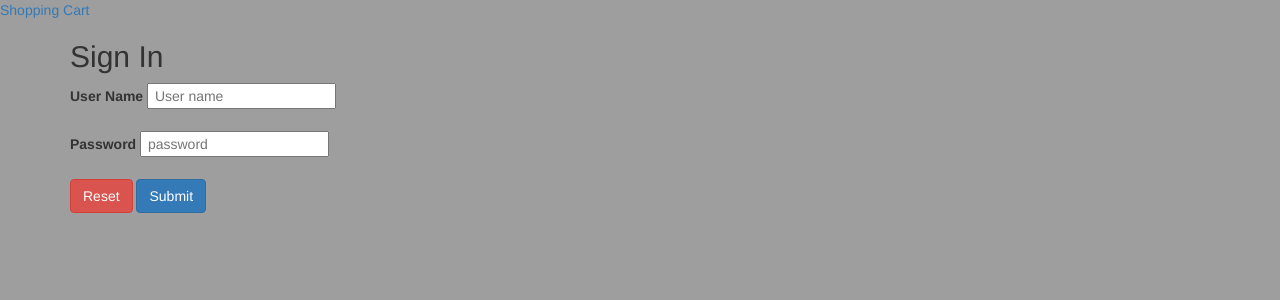
Repository: AravindMarshall/ShoppingCart
Page: http://localhost/Phineas/Login.jsp
An editor plug-in stored every save of this project. The page is shown before and after the next save, followed by the edit.
The browser window is 1280 px wide. The pictures show the whole page.
The page is served by Tomcat 9. Other server files are loaded and not shown.

Above is the page before, as saved 2016-06-10 09:10:08.

### NIIT Shopping Cart/Phineas/WebContent/Login.jsp
<%@ page language="java" contentType="text/html; charset=ISO-8859-1"
    pageEncoding="ISO-8859-1"%>
<html>
<head>
<meta http-equiv="Content-Type" content="text/html; charset=ISO-8859-1">
<meta name="viewport" content="width=device-width, initial-scale=1">
  <link rel="stylesheet" href="http://maxcdn.bootstrapcdn.com/bootstrap/3.3.6/css/bootstrap.min.css">
  <script src="https://ajax.googleapis.com/ajax/libs/jquery/1.12.2/jquery.min.js"></script>
  <script src="http://maxcdn.bootstrapcdn.com/bootstrap/3.3.6/js/bootstrap.min.js"></script>

<title>ShoppingCart Login</title>
</head>
<body>
 <a href="home.jsp">Shopping Cart</a>

<form action="LoginServlet" method ="post">
<Form role="form">
<div class="container">
  <body background="F:\Sample Car pictures\Car1.jpg">
      </div>
    </div>

<div class= "Login">
<div class="container">
<div class= "Login">
  <h2>Sign In </h2>
  <label for "Name">User Name </label>
<input type = "text" class="userId" Id = "Name" placeholder=" User name "><br><br>
<label for "Pass">Password</label>
<input type = "password" class="password" Id = "pass" placeholder=" password "><br><br>
</div>
<button type="Reset" class="btn btn-danger">Reset</button>
<button type="submit" class="btn btn-primary">Submit</button>

</div>
</div>
</div>
</form>

</body>
</html>

After the next save:
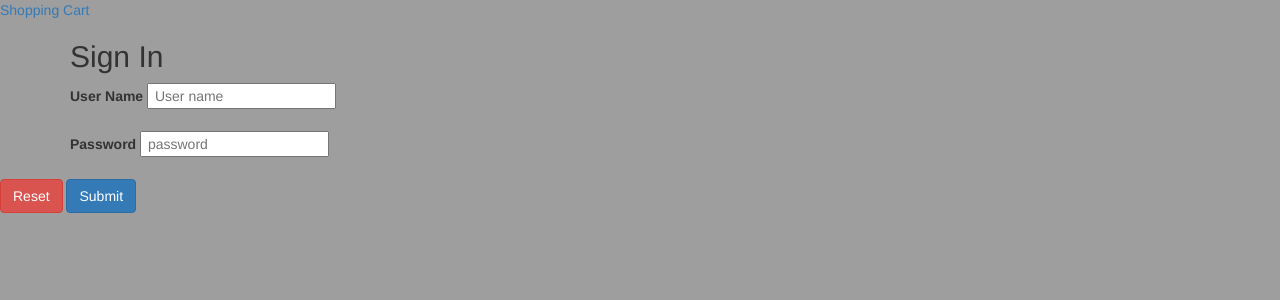
Saved 14 min 32 s later.
--- a/NIIT Shopping Cart/Phineas/WebContent/Login.jsp
+++ b/NIIT Shopping Cart/Phineas/WebContent/Login.jsp
@@ -22,7 +22,6 @@
 
 <div class= "Login">
 <div class="container">
-<div class= "Login">
   <h2>Sign In </h2>
   <label for "Name">User Name </label>
 <input type = "text" class="userId" Id = "Name" placeholder=" User name "><br><br>
